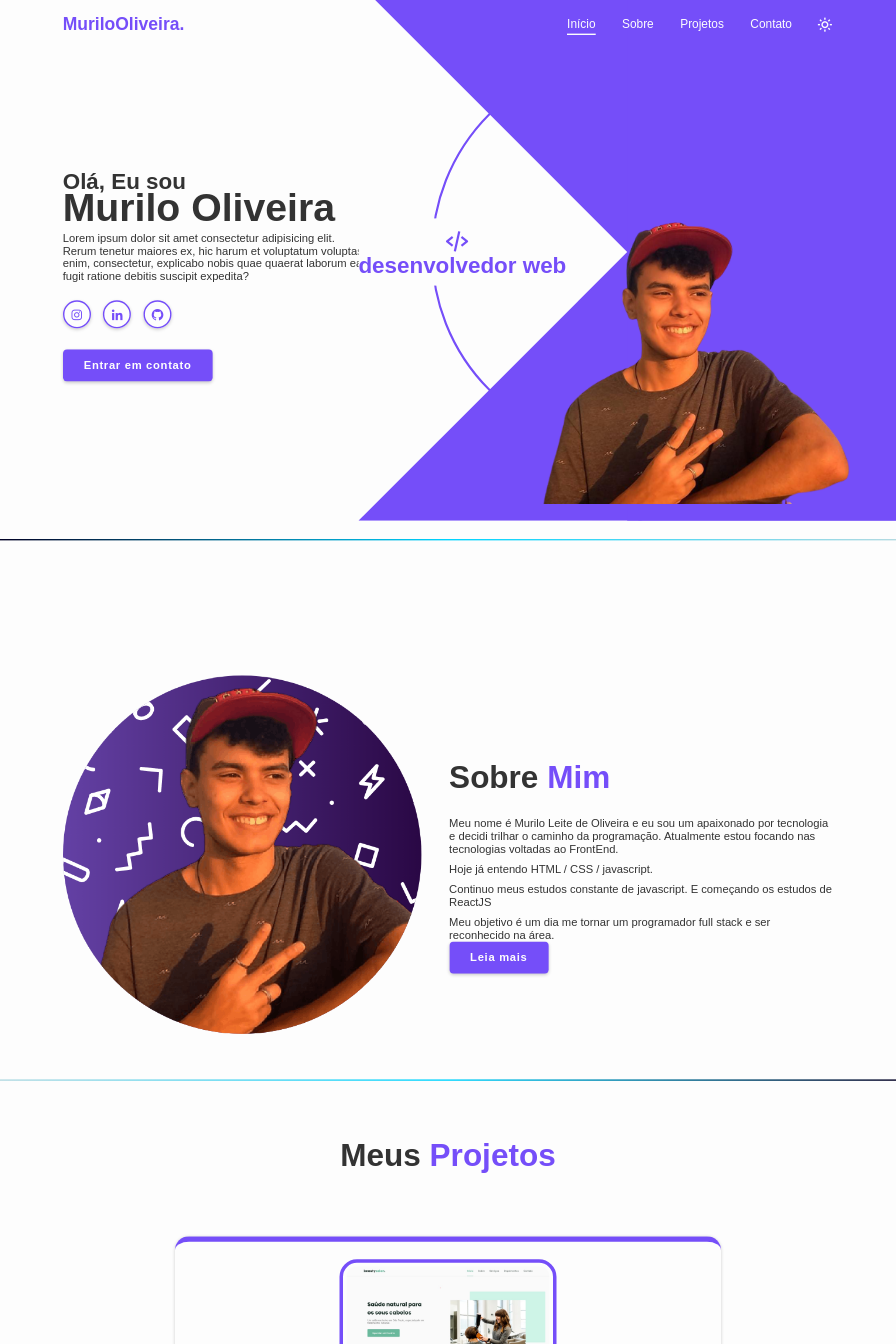
Repository: devMuriloOliveira/Portfolio-
Page: index.html
These files come from the project's save history. The page is drawn as it stood at one moment and after the next save; the edit follows.
The browser window is 1280 px wide. The pictures show the part of the page from y = 0 to 1920 px (the page is 3045 px tall), at 70% of full size.
After loading, the first visible `#darkMode-icon` was clicked once.
Some web fonts or font styles are not loaded; a fallback is used.

Above is the page before, as saved 2023-03-14 20:04:23.

### index.html
<!DOCTYPE html>
<html lang="en">
  <head>
    <meta charset="UTF-8" />
    <meta http-equiv="X-UA-Compatible" content="IE=edge" />
    <meta name="viewport" content="width=device-width, initial-scale=1.0" />
    <title>Murilo Oliveira</title>

    <!--swiper css-->
    <link
      rel="stylesheet"
      href="https://cdn.jsdelivr.net/npm/swiper@9/swiper-bundle.min.css"
    />

    <!--box icons-->
    <link
      href="https://unpkg.com/boxicons@2.1.4/css/boxicons.min.css"
      rel="stylesheet"
    />

    <!--font-->
    <link
      rel="stylesheet"
      href="https://fonts.googleapis.com/css2?family=Material+Symbols+Outlined:opsz,wght,FILL,GRAD@20..48,100..700,0..1,-50..200"
    />

    <!--css-->
    <link rel="stylesheet" href="style.css" />
  </head>
  <body>
    <header class="header">
      <a class="logo" href="#">Murilo<span>Oliveira</span>.</a>

      <nav class="navbar">
        <a href="#inicio" class="active">Início</a>
        <a href="#sobre">Sobre</a>
        <a href="#projetos">Projetos</a>
        <a href="#contato">Contato</a>
      </nav>

      <div class="bx bx bx-moon" id="darkMode-icon"></div>

      <div class="bx bx-menu" id="menu-icon"></div>

    </header>

    <!------------inicio------------>

    <section class="inicio" id="inicio">
      <div class="inicio-content">
        <h3>Olá, Eu sou</h3>
        <h1>Murilo Oliveira</h1>
        <p>
          Lorem ipsum dolor sit amet consectetur adipisicing elit. Rerum tenetur
          maiores ex, hic harum et voluptatum voluptas enim, consectetur,
          explicabo nobis quae quaerat laborum ea fugit ratione debitis suscipit
          expedita?
        </p>

        <div class="social-media">
          <a href="#"><i class="bx bxl-instagram"></i></a>
          <a href="#"><i class="bx bxl-linkedin"></i></a>
          <a href="#"><i class="bx bxl-github"></i></a>
        </div>

        <a href="#" class="btn">Entrar em contato</a>
      </div>

      <div class="profession-container">
        <div class="profession-box">
          <div class="profession" style="--i: 0">
            <i class="bx bx-code-alt"></i>
            <h3>desenvolvedor web</h3>
          </div>
          <div class="profession" style="--i: 1">
            <i class="bx bx-code-alt"></i>
            <h3>desenvolvedor web</h3>
          </div>
          <div class="profession" style="--i: 2">
            <i class="bx bx-code-alt"></i>
            <h3>desenvolvedor web</h3>
          </div>
          <div class="profession" style="--i: 3">
            <i class="bx bx-code-alt"></i>
            <h3>desenvolvedor web</h3>
          </div>
          <div class="circle"></div>
        </div>

        <div class="overlay"></div>
      </div>

      <div class="inicio-img">
        <img src="assets/homem_sorrindo-removebg-preview.png" alt="" />
      </div>
    </section>

    <!------------sobre------------>
    <div class="divider-1"></div>

    <section class="sobre" id="sobre">
      <div class="sobre-img">
        <img src="/assets/profile-pic (4).png" alt="" />
      </div>

      <div class="sobre-content">
        <h2 class="heading">Sobre <span>Mim</span></h2>

        <p>
          Meu nome é Murilo Leite de Oliveira e eu sou um apaixonado por
          tecnologia e decidi trilhar o caminho da programação. Atualmente estou
          focando nas tecnologias voltadas ao FrontEnd.
        </p>
        <br />
        <p>Hoje já entendo HTML / CSS / javascript.</p>
        <br />
        <p>
          Continuo meus estudos constante de javascript. E começando os estudos
          de ReactJS
        </p>
        <br />
        <p>
          Meu objetivo é um dia me tornar um programador full stack e ser
          reconhecido na área.
        </p>

        <a href="#" class="btn">Leia mais</a>
      </div>
    </section>

    <!------------projetos------------>
    <div class="divider-2"></div>


    <section class="projetos" id="projetos">
      <h2 class="heading">Meus <span>Projetos</span></h2>

      <div class="projetos-wrapper">
        <div class="projetos-box mySwiper">
          <div class="projetos-content swiper-wrapper">
            <div class="projetos-slide swiper-slide">
              <img src="/assets/fotos-projetos/salon.jpg" alt="" />
              <h3>BeautySalon</h3>
              <p>
                Focado no front end, beautysalon é um site modelo flexível para
                ser usado para qualquer tipo de negócio, vai da necessidade do
                que você precisa vender.
              </p>
              <a
                class="btn"
                target="_blank"
                href="https://devmurilooliveira.github.io/beautysalon/"
                >Visualizar</a
              >
            </div>

            <div class="projetos-slide swiper-slide">
              <img src="/assets/fotos-projetos/doctor-care.jpg" alt="" />
              <h3>DoctorCare</h3>
              <p>
                Focado no front end, DoctorCare é um site modelo flexível para
                ser usado para qualquer tipo de negócio, vai da necessidade do
                que você precisa vender.
              </p>
              <a
                class="btn"
                target="_blank"
                href="https://devmurilooliveira.github.io/doctor-car/"
                >Visualizar</a
              >
            </div>

            <div class="projetos-slide swiper-slide">
              <img src="/assets/fotos-projetos/alura-plus.jpg" alt="" />
              <h3>Alura Plus</h3>
              <p>
                Focado nas práticas do HTML e CSS a Alura Plus é uma tela
                inicial de um serviço de cursos, pode ser usado como para
                qualquer tipo de site que seguem esse estilo.
              </p>
              <a
                class="btn"
                target="_blank"
                href="https://devmurilooliveira.github.io/Alura-Plus/"
                >Visualizar</a
              >
            </div>

            <div class="projetos-slide swiper-slide">
              <img src="/assets/fotos-projetos/alura-books.jpg" alt="" />
              <h3>Alura Books</h3>
              <p>
                Focado nas práticas do HTML e CSS a Alura Books é um site modelo
                que pode ser usado para vendas de livros, totalmente responsivos
                para qualquer tipo de tela.
              </p>
              <a
                class="btn"
                target="_blank"
                href="https://devmurilooliveira.github.io/Alura-Books/"
                >Visualizar</a
              >
            </div>

            <div class="projetos-slide swiper-slide">
              <img src="/assets/fotos-projetos/hzc.jpg" alt="" />
              <h3>HZC</h3>
              <p>
                Focado nas práticas do HTML e CSS o HZC é uma tela inicial de um
                site de skatistas que pode ser usado como base para qualquer
                tipo de site, responsivo para mobile e desktop.
              </p>
              <a
                class="btn"
                target="_blank"
                href="https://devmurilooliveira.github.io/HZC/"
                >Visualizar</a
              >
            </div>

            <div class="projetos-slide swiper-slide">
              <img src="/assets/fotos-projetos/alura-mid.jpg" alt="" />
              <h3>Alura Mid</h3>
              <p>
                Focado nas práticas do javascript O Alura Midi é um instrumento
                musical de interface digital, onde a cada botão vamos reproduzir
                o som de um instrumento.
              </p>
              <a
                class="btn"
                target="_blank"
                href="https://alura-mid-eta.vercel.app/"
                >Visualizar</a
              >
            </div>

            <div class="projetos-slide swiper-slide">
              <img src="/assets/fotos-projetos/mochila-de-viagem.jpg" alt="" />
              <h3>Mochila de Viagem</h3>
              <p>
                Focado nas práticas do javascript o Mochila de Viagem é uma
                lista de itens, onde eu vou registrando tudo que eu não posso
                esquecer e na hora de montar a minha mochila estar tudo ali
                salvo.
              </p>
              <a
                class="btn"
                target="_blank"
                href="https://devmurilooliveira.github.io/Mochila-de-viagem/"
                >Visualizar</a
              >
            </div>

            <div class="projetos-slide swiper-slide">
              <img src="/assets/fotos-projetos/numero-secreto.jpg" alt="" />
              <h3>Numero Secreto</h3>
              <p>
                Focado nas práticas do javascript o Numero Secreto é um jogo
                onde você tem que adivinhar um numero aleatório entre 0 e 1000.
              </p>
              <a
                class="btn"
                target="_blank"
                href="https://jogo-numero-secreto-beige-rho.vercel.app/"
                >Visualizar</a
              >
            </div>
          </div>

          <div class="swiper-button-next"></div>
          <div class="swiper-button-prev"></div>
          <div class="swiper-pagination"></div>
        </div>
      </div>
    </section>

    <!---------------------------contato---------------------------------->
    <div class="divider-1"></div>


    <section class="contato" id="contato">
      <h2 class="heading">Entre em  <span>contato</span></h2>
      <div class="contato-container">
        <div class="text">
          <p>PRECISA DE UM SITE?</p>
          <h2 class="title">Vamos trabalhar juntos</h2>
          <a
            href="https://api.whatsapp.com/send?phone=+5519971549006&text=Oi"
            class="btn"
            target="_blank"
            ><i class='bx bxl-whatsapp' ></i></i> Entrar em contato</a
          >
        </div>

        <div class="links">
          <ul class="grid">
            <li><i class='bx bx-phone'></i></i> (19) 97154-9006</li>
            <li><i class='bx bx-envelope' ></i></i> muriloleiteoliveira1@gmail.com</li>
          </ul>
        </div>

      </div>
    </section>

    <!--------------------------------footer----------------------------------->

    <footer class="footer">
      <div class="footer-text">
        <p>Copyright &copy; 2023 Murilo Oliveira. | Todos os direitos reservados.</p>
      </div>

      <div class="footer-iconTop">
        <a href="#"><i class='bx bx-up-arrow-alt'></i></a>
      </div>
    </footer>

    <!--swiper js-->
    <script src="https://cdn.jsdelivr.net/npm/swiper@9/swiper-bundle.min.js"></script>

    <!--main js-->
    <script src="/main.js"></script>
  </body>
</html>

### main.js
/*==========================menu inone navbar===============================*/

let menuIcon = document.querySelector('#menu-icon')
let navbar = document.querySelector('.navbar')

menuIcon.onclick = () => {
  menuIcon.classList.toggle('bx-x')
  navbar.classList.toggle('active')
}

/*==========================acroll sections active link===============================*/
let sections = document.querySelectorAll('section')
let navLinks = document.querySelectorAll('header nav a')

window.onscroll = () => {
  sections.forEach(sec => {
    let top = window.scrollY
    let offset = sec.offsetTop - 150
    let height = sec.offsetHeight
    let id = sec.getAttribute('id')

    if (top >= offset && top < offset + height) {
      navLinks.forEach(links => {
        links.classList.remove('active')
        document
          .querySelector('header nav a[href*=' + id + ']')
          .classList.add('active')
      })
    }
  })

  /*=========================stick navbar============================== */
  let header = document.querySelector('.header')

  header.classList.toggle('sticky', window.scrollY > 100)

  /*======remove menu icon navbar when click navbar link (scroll)===== */
  menuIcon.classList.remove('bx-x')
  navbar.classList.remove('active')
}

/*===================swiper==================*/
var swiper = new Swiper('.mySwiper', {
  slidesPerView: 1,
  spaceBetween: 50,
  loop: true,
  grabCursor: true,
  pagination: {
    el: '.swiper-pagination',
    clickable: true
  },
  navigation: {
    nextEl: '.swiper-button-next',
    prevEl: '.swiper-button-prev'
  }
})

/*===================dark light mode==================*/
let darkModeIcon = document.querySelector('#darkMode-icon')

darkModeIcon.onclick = () => {
  darkModeIcon.classList.toggle('bx-sun')
}

Loaded but not shown: style.css (772 lines, source omitted)

After the next save:
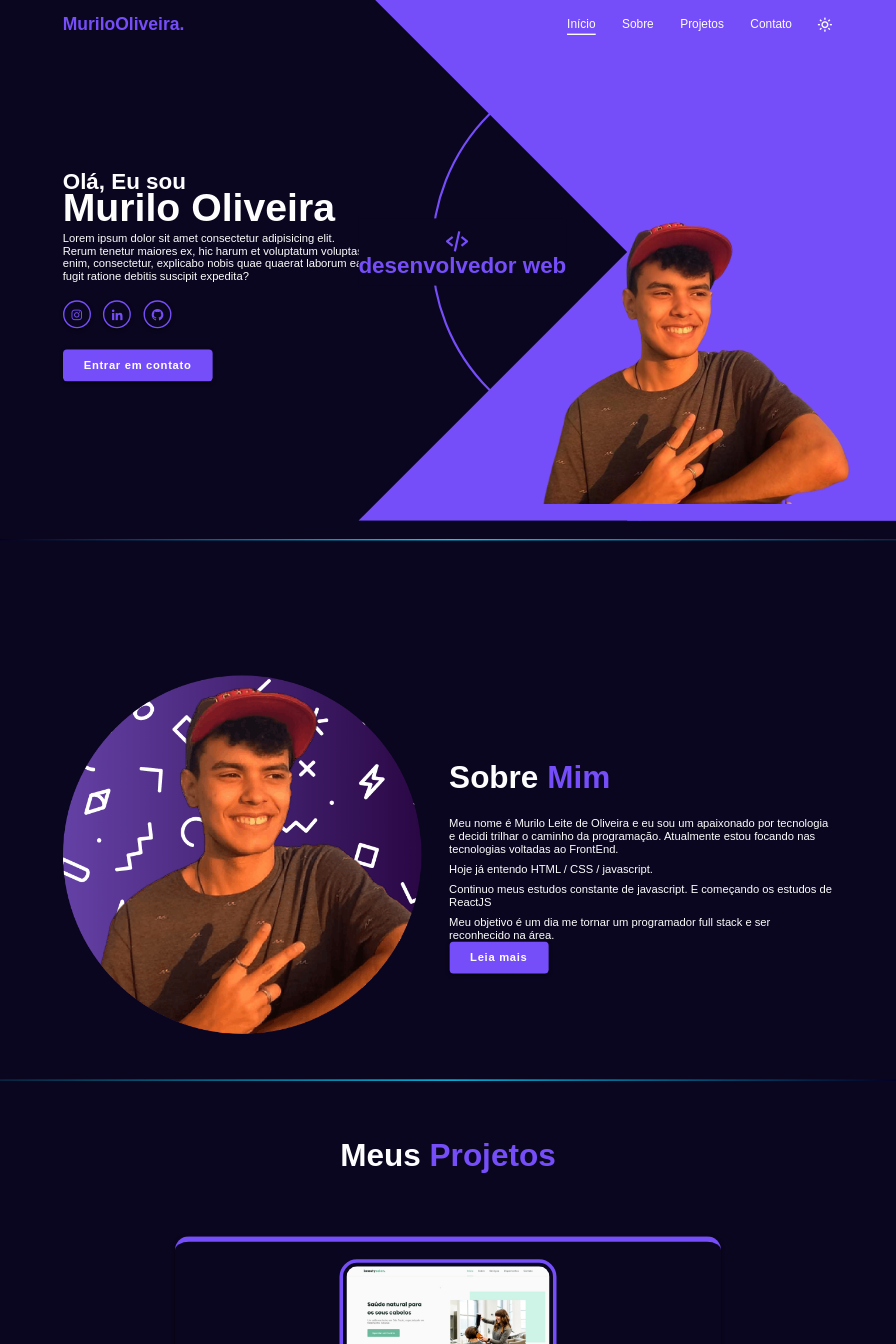
Saved 64 s later.
--- a/main.js
+++ b/main.js
@@ -60,4 +60,5 @@ let darkModeIcon = document.querySelector('#darkMode-icon')
 
 darkModeIcon.onclick = () => {
   darkModeIcon.classList.toggle('bx-sun')
+  document.body.classList.toggle('dark-mode')
 }
